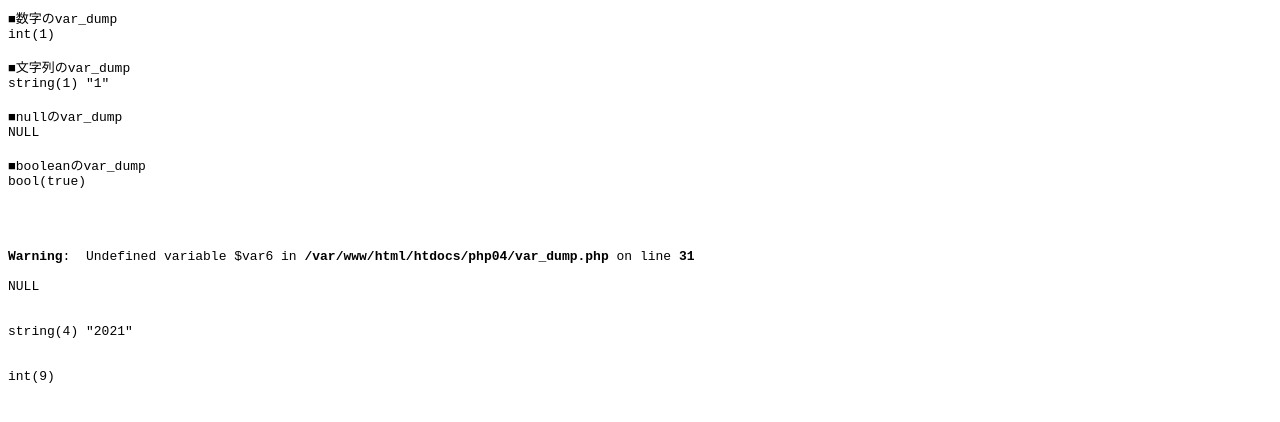
Repository: tppei/PHP
Page: http://localhost/htdocs/php04/var_dump.php
The author's editor kept a record of every edit. The page is drawn from the files as they stood at one moment, then again after the next edit.
The browser window is 1280 px wide. The pictures show the whole page.
The page is run by PHP 8.4 with error messages shown; the project is at /var/www/html/.

Above is the page before.

After the next edit:
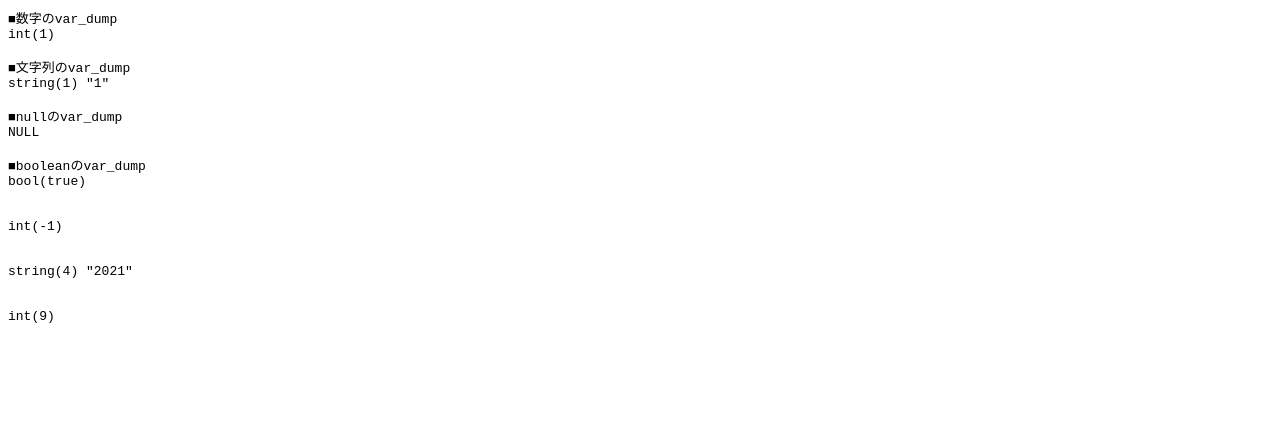
The edit:
--- a/htdocs/php04/var_dump.php
+++ b/htdocs/php04/var_dump.php
@@ -28,7 +28,7 @@
 
 $var5 = -1;
 print "\n";
-var_dump($var6);
+var_dump($var5);
 print "\n";
 
 $var6 = date('Y');
